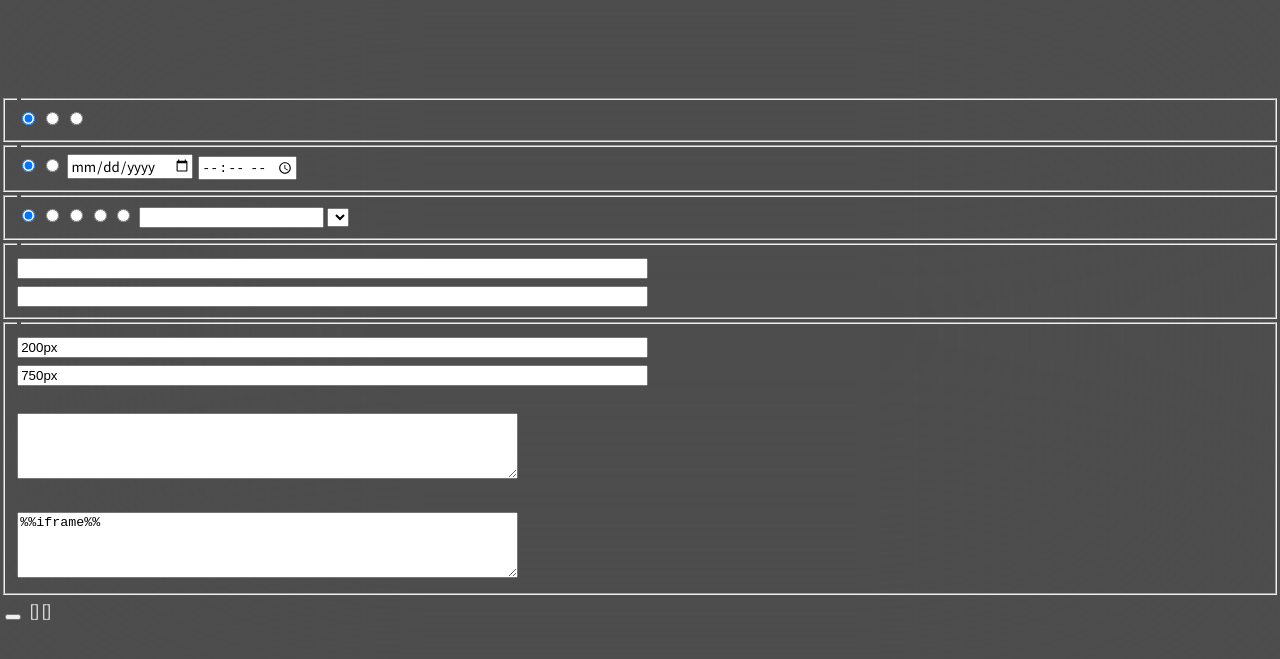
Repository: cirisus/ArknighTimer
Page: timer-selector.html
These files come from the project's save history. The page is drawn as it stood at one moment and after the next save; the edit follows.
The browser window is 1280 px wide. The pictures show the whole page.
Some web fonts or font styles are not loaded; a fallback is used.

Above is the page before, as saved 2024-03-08 22:24:40.

After the next save:
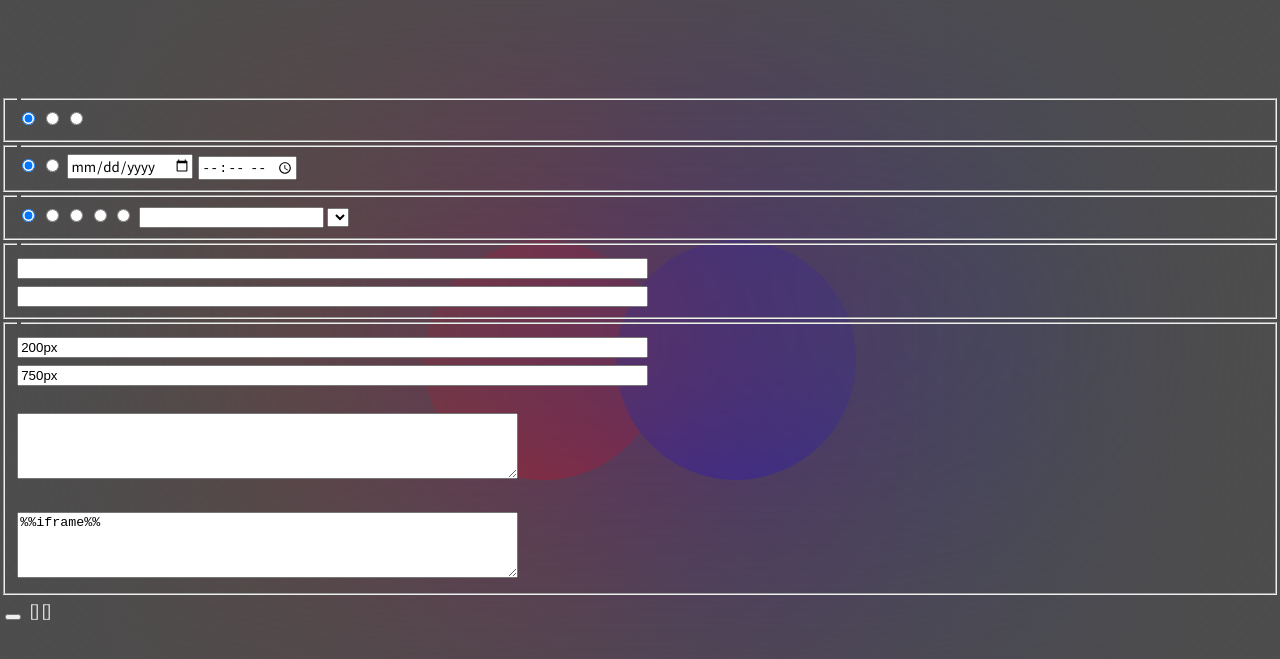
Saved 52 s later.
--- a/timer-selector.css
+++ b/timer-selector.css
@@ -26,6 +26,7 @@
   }
 }
 #form-container-wrap {
+  --size:15rem;
   display: flex;
   justify-content: center;
   align-items: center;
